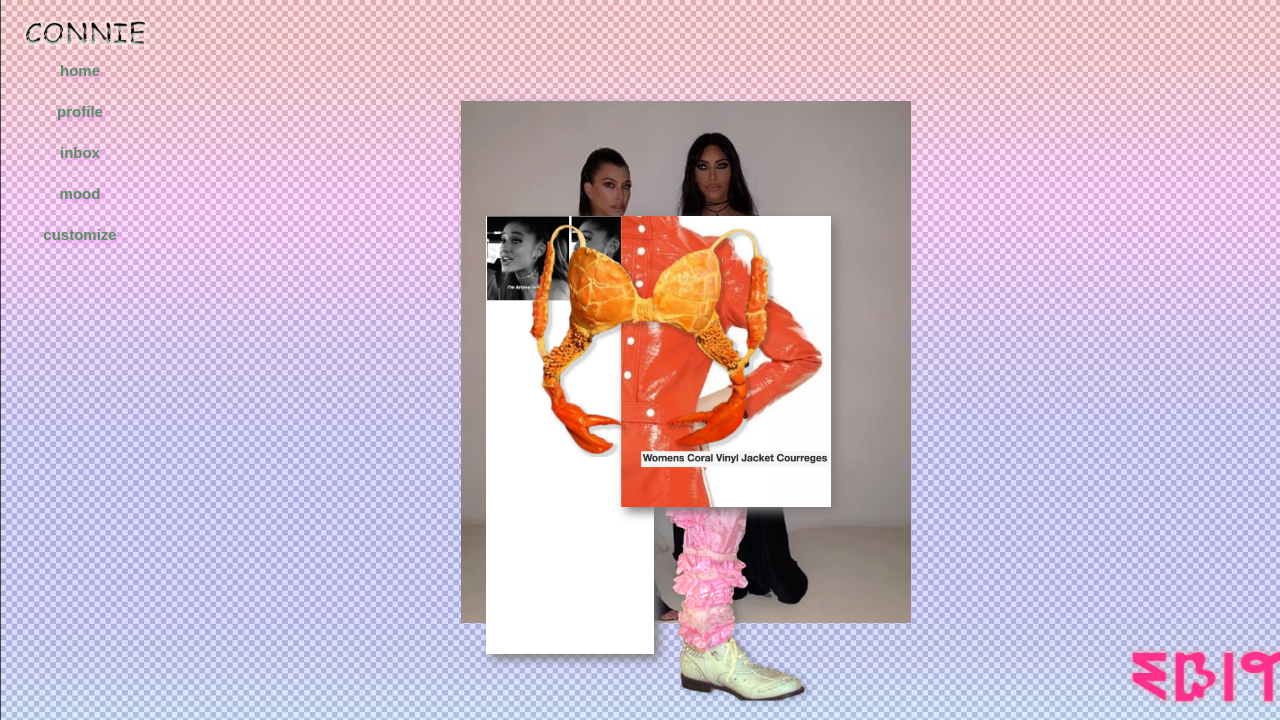
Repository: xuc009/xuc009.github.io
Page: track12/index.html
The author's editor kept a copy of each file at every save. The page is drawn from the files as they stood at one save, then again after the next save.
The browser window is 1280 px wide. The pictures show the whole page.
Some web fonts or font styles are not loaded; a fallback is used. Some web libraries are served in a nearby version.

Above is the page before, as saved 2018-12-08 16:51:41.

### track12/index.html
<!DOCTYPE html>
<html lang="en">
  <head>
    <title>Track 12</title>
    <link rel="shortcut icon" href="" />
    <meta charset="utf-8">
    <meta name="description" content="" />
    <meta property="og:image" content=""/>
    <meta name="viewport" content="width=device-width, initial-scale=1" />
    <script src="https://ajax.googleapis.com/ajax/libs/jquery/3.3.1/jquery.min.js"></script>
    <script src="https://www.w3schools.com/lib/w3.js"></script>
    <link href="assets/css/styles.css" media="all" rel="stylesheet" />
    <meta charset="utf-8" />
    <title>jQuery UI Draggable - Default functionality</title>
    <link rel="stylesheet" href="http://code.jquery.com/ui/1.9.2/themes/base/jquery-ui.css" />
    <script src="http://code.jquery.com/jquery-1.8.3.js"></script>
    <script src="http://code.jquery.com/ui/1.9.2/jquery-ui.js"></script>
    <link href="https://fonts.googleapis.com/css?family=Michroma" rel="stylesheet">
    <style>
    .draggable { width: 0px; height: 0px; padding: 0; }
    </style>
    <script>
    $(function() {
        $( ".draggable" ).draggable();
    });
    </script>

  </head>

  <body>

      <div class="dropdown">
          <button class="dropbtn"><img src="assets/img/conniemenu.gif" width="140px"></button>
          <div class="dropdown-content">
            <a href="#">home</a>
            <a href="#">profile</a>
            <a href="#">inbox</a>
            <a href="#">mood</a>
            <a href="#">customize</a>
          </div>
        </div>

      <div class="edit">
        <a href="https://xuc009.github.io/track11/index.html">
        <img src="assets/img/edit.png" width="300px">
        </a>
      </div>

    <div id="draggable1" class="ui-widget-content draggable tooltip">
        <span class="tooltiptext">id.png</span>
       <img src="assets/img/k.jpg" width="450px">
      </div>

      <div id="draggable2" class="ui-widget-content draggable tooltip">
          <span class="tooltiptext">↗ Aaliyah by me 🔗📹🤗🦋✨ ⬈</span>
        <a href="https://xuc009.github.io/track2/index.html" target="_blank">
          <img src="assets/img/ari.jpg" width="168px">
        </a>
      </div>

      <div id="draggable3" class="ui-widget-content draggable tooltip">
          <span class="tooltiptext">https://goo.gl/MuuDqj</span>
          <a href="https://goo.gl/MuuDqj" target="_blank">
          <img src="assets/img/foot1.png" width="149px">
          </a>
        </div>

     <div id="draggable4" class="ui-widget-content draggable four tooltip">
        <span class="tooltiptext">https://ebay.us/9TBpsq</span>
        <a href="https://ebay.us/9TBpsq" target="_blank">
            <img src="assets/img/torsoa1.png" width="210px">
        </a>
          </div>

      <div id="draggable5" class="ui-widget-content draggable five tooltip">
          <span class="tooltiptext">https://www.instagram.com/p/BoPapCyAAdp/</span>
          <a href="https://www.instagram.com/p/BoPapCyAAdp/" target="_blank">
          <img src="assets/img/bra1.png" width="250px">
          </a>
        </div>









      </div>
    </div>

  </body>
</html>

### track12/assets/css/styles.css
* { box-sizing: border-box; }

body{
	background-color: #ffffff;
	background-image: url('../img/background.png');
	background-size: 1500px;
	margin: 0 auto 0 auto;
	display: inline-block;
    font-size: 0px;
}

.tooltip {
    position: relative;
    display: inline-block;
    border-bottom: 1px dotted black;
}

.tooltip .tooltiptext {
    visibility: hidden;
    /* width: 120px; */
    background-color: #FF308D;
    color: #00E6FF;
    text-align: center;
    padding: 5px 10px;
    font-size:15px;
    font-family: Arial, Helvetica, sans-serif;
    font-weight: 400;

    /* Position the tooltip */
    position: fixed;
    z-index: 1;
    bottom: 0px;
    left:0 ;
}

.tooltip:hover .tooltiptext {
    visibility: visible;
}

a { cursor: move; }

.draggable{
    box-shadow: 5px 5px 10px #000000;
}

#draggable1{
    width: 190px;
    height: 187px;
    background: #fff;
    border: none;
    box-shadow: 5px 5px 10px #807d7d;
    cursor: move;
    position: absolute;
    top: 14%;
    left: 36%;
}


#draggable2 {
    width: 168px;
    height: 438.38px;
    border: none;
    box-shadow: 5px 5px 10px #807d7d;
    position: absolute;
    top: 30%;
    left: 38%;
    cursor: move;
}


#draggable3 {
    width: 365px;
    border: none;
    position: absolute;
    top: 65%;
    left: 52%;
    cursor: move;
}



#draggable4{
    position: absolute;
    width: 210px;
    height: 291px;
    top: 30%;
    left: 48.5%;
    cursor: move;
    border: none;
    box-shadow: 5px 5px 10px #807d7d;

}

#draggable5{
    position: absolute;
    top: 31%;
    left: 41%;
    cursor: move;
    border: none;
}

.edit{
    position: fixed;
    bottom:0;
    left: 83%;
    cursor: pointer;
    transition: all 300ms;
}

.edit:hover{
    transform: translateX(3px) translateY(-3px);
    /* transform: scale(1.05); */
}

.dropbtn {
    background-color: Transparent;
    width: 140px;
    height: 26px;
    padding: 16px;
    font-size: 16px;
    border: none;
    outline: none;
}

.dropdown {
    position: relative;
    width: 140px;
    display: inline-block;
}

.dropdown-content {
    display: none;
    position: absolute;
    background-color: transparent;
    min-width: 160px;
    text-shadow: 2px 2px 5px #F48BFF;
    z-index: 1;
    font-size: 15px;
    text-align: center;
    font-family: Arial, Helvetica, sans-serif;
    font-weight: 600;
}

.dropdown-content a {
    color: #52935A;
    padding: 12px 16px;
    text-decoration: none;
    display: block;
}

.dropdown-content a:hover {text-shadow: 2px 2px 5px #54FAFF;}

.dropdown:hover .dropdown-content {display: block;}

.dropdown:hover .dropbtn {background-color: none;}

After the next save:
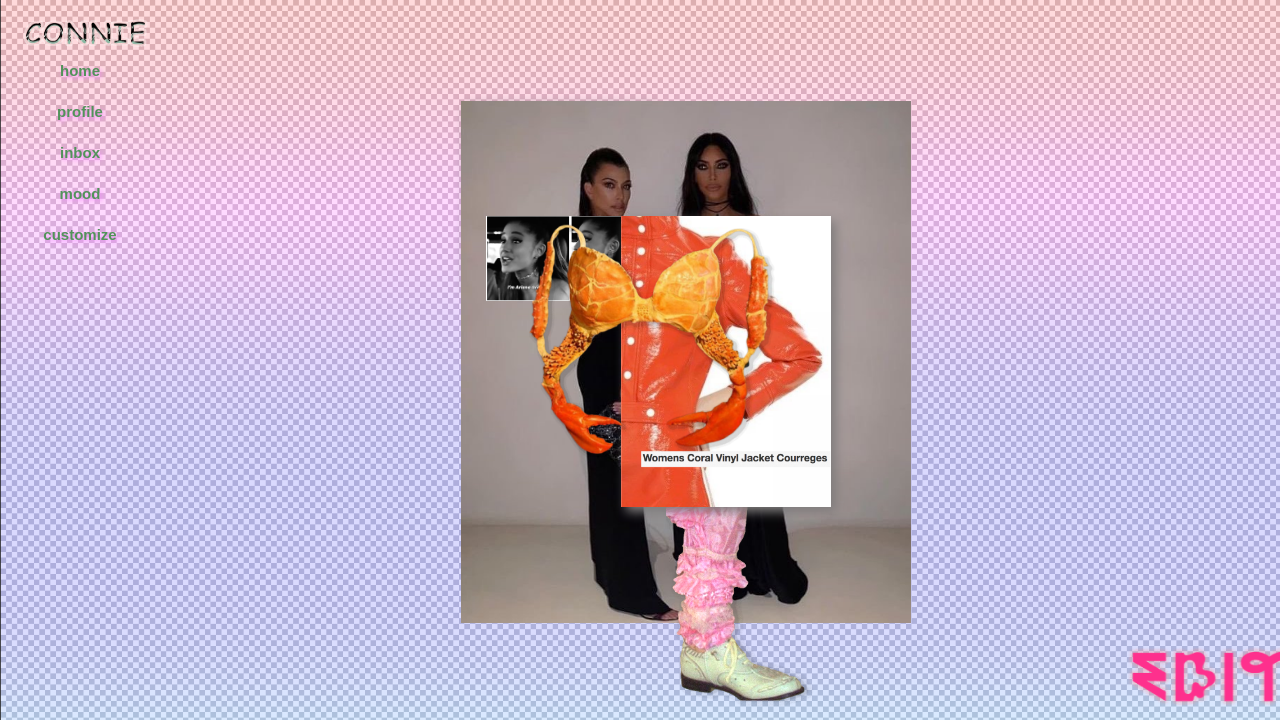
Saved 9 s later.
--- a/track12/assets/css/styles.css
+++ b/track12/assets/css/styles.css
@@ -57,8 +57,8 @@
 
 
 #draggable2 {
-    width: 168px;
-    height: 438.38px;
+    /* width: 168px;
+    height: 438.38px; */
     border: none;
     box-shadow: 5px 5px 10px #807d7d;
     position: absolute;
